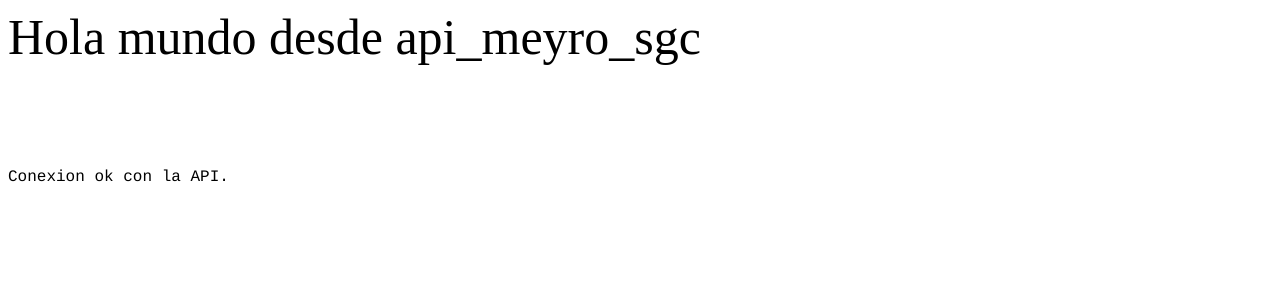
Repository: danieldebrito/api_comanda
Page: http://localhost/api_meyro_sgc/app/index.php
These files come from the project's save history. The page is drawn as it stood at one moment and after the next save; the edit follows.
The browser window is 1280 px wide. The pictures show the whole page.
The page is run by PHP 8.4 with error messages shown; the project is at /var/www/html/.

Above is the page before, as saved 2019-07-29 00:05:55.

After the next save:
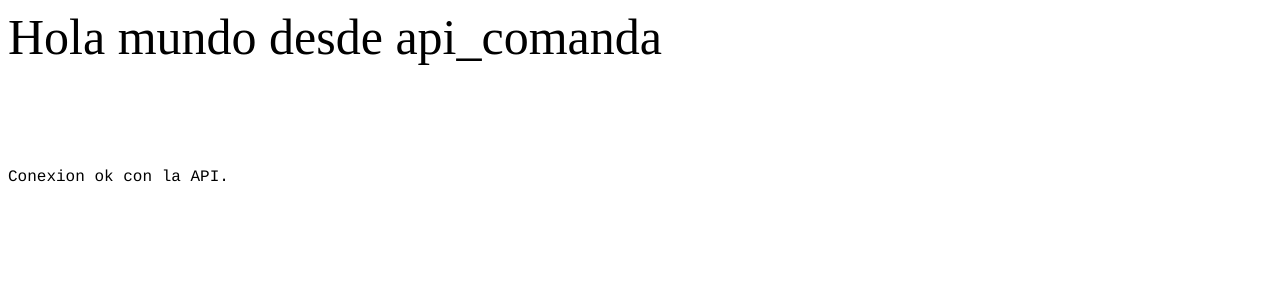
Saved 16 s later.
--- a/app/index.php
+++ b/app/index.php
@@ -17,7 +17,7 @@
 
 $app->get("/", function() {
   echo "
-  <p style='font-size:50px;'>Hola mundo desde api_meyro_sgc</p>
+  <p style='font-size:50px;'>Hola mundo desde api_comanda</p>
   <br> <br>
   <p style='font-family:courier;'>Conexion ok con la API.</p>
   ";
